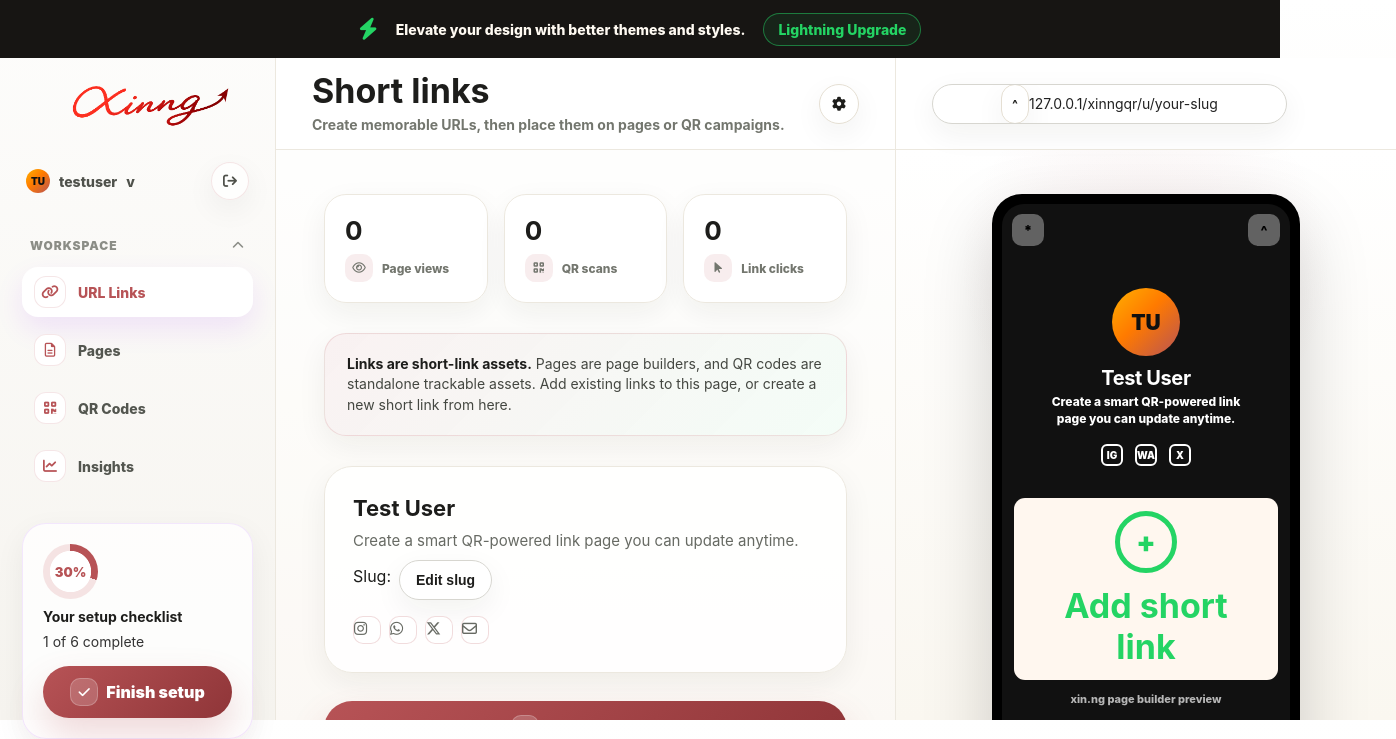
Repository: AyendiSimeon1/xinngqr
Page: http://localhost/xinngqr/dashboard.php
An editor plug-in stored every save of this project. The page is shown before and after the next save, followed by the edit.
The browser window is 1280 px wide. The page is 1396 px wide, so the pictures cover 1396 px, including what lies to the right of the window. The pictures show the whole page.
An inner scrolling area shows only its first screen. The page is run by PHP 8.4 with error messages shown; the project is at /var/www/html/. The session is filled in as if someone had signed in: {"user_id": 1, "user_name": "Test User"}. Other server files are loaded and not shown. Queries for data that is not in the repository find no rows.

Above is the page before, as saved 2026-06-20 06:30:50.

### dashboard.php
<?php
require_once __DIR__ . '/config.php';
session_start();

if (isset($_GET['action']) && $_GET['action'] === 'logout') {
    session_unset();
    session_destroy();
    header('Location: signin.php');
    exit;
}

if (empty($_SESSION['user_id'])) {
    header('Location: signin.php');
    exit;
}

$user_id = (int) $_SESSION['user_id'];
$user_name = $_SESSION['user_name'] ?? 'User';

function e($value): string {
    return htmlspecialchars((string) $value, ENT_QUOTES, 'UTF-8');
}

function public_base_url(): string {
    global $PUBLIC_URL;
    if (!empty($PUBLIC_URL)) {
        return (stripos($PUBLIC_URL, 'http') === 0) ? rtrim($PUBLIC_URL, '/') : 'http://' . rtrim($PUBLIC_URL, '/');
    }

    $scheme = (!empty($_SERVER['HTTPS']) && $_SERVER['HTTPS'] !== 'off') ? 'https' : 'http';
    return $scheme . '://' . ($_SERVER['HTTP_HOST'] ?? 'localhost');
}

function initials(string $name): string {
    $clean = preg_replace('/[^A-Za-z0-9 ]/', '', $name);
    $parts = array_values(array_filter(explode(' ', trim($clean))));
    if (count($parts) >= 2) {
        return strtoupper(substr($parts[0], 0, 1) . substr($parts[1], 0, 1));
    }

    return strtoupper(substr($clean ?: 'X', 0, 2));
}

function link_icon(string $type, string $title): string {
    $label = strtolower($type ?: $title);
    if (str_contains($label, 'whatsapp')) return 'WA';
    if (str_contains($label, 'instagram')) return 'IG';
    if ($label === 'x' || str_contains($label, 'twitter')) return 'X';
    if (str_contains($label, 'email')) return '@';
    if (str_contains($label, 'phone')) return 'TEL';
    if (str_contains($label, 'payment')) return 'PAY';
    return 'LINK';
}

$pages = [];
$activePage = null;
$dbError = false;
$pdo = get_db_connection();
$base = public_base_url();

if ($pdo) {
    $stmt = $pdo->prepare('SELECT id, slug, title, bio, profile_image_url, is_published FROM pages WHERE user_id = ? ORDER BY id ASC');
    $stmt->execute([$user_id]);
    $pages = $stmt->fetchAll();

    foreach ($pages as &$page) {
        $pid = (int) $page['id'];

        $stmt = $pdo->prepare('SELECT COUNT(*) FROM page_views WHERE page_id = ?');
        $stmt->execute([$pid]);
        $page['page_views'] = (int) $stmt->fetchColumn();

        $stmt = $pdo->prepare('SELECT COUNT(*) FROM qr_scans WHERE page_id = ?');
        $stmt->execute([$pid]);
        $page['qr_scans'] = (int) $stmt->fetchColumn();

        $stmt = $pdo->prepare('SELECT COUNT(*) FROM link_clicks WHERE page_id = ?');
        $stmt->execute([$pid]);
        $page['link_clicks'] = (int) $stmt->fetchColumn();

        $stmt = $pdo->prepare('SELECT id, title, url, description, link_type, position, is_active, click_count FROM links WHERE page_id = ? ORDER BY position ASC, id ASC LIMIT 50');
        $stmt->execute([$pid]);
        $page['links'] = $stmt->fetchAll();

        $stmt = $pdo->prepare('SELECT id, qr_image_url, destination_url, scan_count FROM qr_codes WHERE page_id = ? ORDER BY id ASC LIMIT 1');
        $stmt->execute([$pid]);
        $page['qr'] = $stmt->fetch() ?: null;
    }
    unset($page);

    $activePage = $pages[0] ?? null;
} else {
    $dbError = true;
}

$displayTitle = $activePage['title'] ?? $user_name;
$displayBio = $activePage['bio'] ?? 'Create a smart QR-powered link page you can update anytime.';
$displaySlug = $activePage['slug'] ?? strtolower(preg_replace('/[^a-z0-9]+/i', '', $user_name ?: 'user'));
$displayUrl = $activePage ? $base . '/u/' . $activePage['slug'] : $base . '/u/your-slug';
$qrUrl = $activePage ? $base . '/qr/' . $activePage['slug'] : $base . '/qr/your-slug';
$links = $activePage['links'] ?? [];
$totalViews = $activePage['page_views'] ?? 0;
$totalQr = $activePage['qr_scans'] ?? 0;
$totalClicks = $activePage['link_clicks'] ?? 0;
$completion = $activePage ? min(100, 45 + (count($links) * 10) + (!empty($activePage['bio']) ? 10 : 0) + (!empty($activePage['qr']) ? 15 : 0)) : 30;
?>
<!doctype html>
<html lang="en">
<head>
  <meta charset="utf-8">
  <meta name="viewport" content="width=device-width, initial-scale=1">
  <title>Links - <?= e($APP_NAME ?? 'xin.ng') ?></title>
  <link rel="stylesheet" href="https://cdnjs.cloudflare.com/ajax/libs/font-awesome/6.5.2/css/all.min.css">
  <link rel="stylesheet" href="assets/dashboard.css">
</head>
<body>
  <div class="upgrade-bar">
    <span class="spark"><i class="fa-solid fa-bolt"></i></span>
    <span>Elevate your design with better themes and styles.</span>
    <a class="upgrade-pill" href="#" aria-label="Upgrade account">Lightning Upgrade</a>
  </div>

  <div class="dashboard">
    <aside class="sidebar" aria-label="Dashboard navigation">
      <div class="brand-slot" aria-label="xin.ng brand">
        <img src="assets/logo.svg" alt="xin.ng logo">
      </div>

      <div class="account">
        <div class="account-main">
          <span class="avatar"><?= e(initials($user_name)) ?></span>
          <span><?= e($displaySlug ?: $user_name) ?></span>
          <span aria-hidden="true">v</span>
        </div>
        <a class="icon-btn" href="?action=logout" title="Logout" aria-label="Logout"><i class="fa-solid fa-arrow-right-from-bracket"></i></a>
      </div>

      <nav>
        <div class="nav-section">
          <div class="nav-heading"><span>Workspace</span><span><i class="fa-solid fa-chevron-up"></i></span></div>
          <a class="nav-item active" href="#"><span class="nav-icon"><i class="fa-solid fa-link"></i></span>URL Links</a>
          <a class="nav-item" href="#"><span class="nav-icon"><i class="fa-regular fa-file-lines"></i></span>Pages</a>
          <a class="nav-item" href="#"><span class="nav-icon"><i class="fa-solid fa-qrcode"></i></span>QR Codes</a>
          <a class="nav-item" href="#"><span class="nav-icon"><i class="fa-solid fa-chart-line"></i></span>Insights</a>
        </div>

      </nav>

      <div class="setup-card">
        <div class="progress-ring" style="--completion: <?= (int) $completion ?>%;"><?= (int) $completion ?>%</div>
        <strong>Your setup checklist</strong>
        <p><?= $activePage ? '4 of 6 complete' : '1 of 6 complete' ?></p>
        <a class="primary-btn" href="signup.php"><span class="label-icon"><i class="fa-solid fa-check"></i></span>Finish setup</a>
      </div>
    </aside>

    <main class="main">
      <header class="main-header">
        <div class="header-title">
          <h1>Short links</h1>
          <span>Create memorable URLs, then place them on pages or QR campaigns.</span>
        </div>
        <div class="header-actions">
          <!-- <a class="ghost-btn" href="#"><span class="label-icon"><i class="fa-solid fa-wand-magic-sparkles"></i></span>Enhance</a> -->
          <a class="icon-btn" href="#" aria-label="Settings"><i class="fa-solid fa-gear"></i></a>
        </div>
      </header>

      <div class="content">
        <div class="editor-column">
          <?php if ($dbError): ?>
            <div class="notice">Database connection is not available. The dashboard design is loaded, but live page data cannot be shown.</div>
          <?php endif; ?>

          <div class="stats-row" aria-label="Workspace analytics summary">
            <div class="stat-card"><strong><?= number_format((int) $totalViews) ?></strong><span class="stat-label"><span class="label-icon"><i class="fa-regular fa-eye"></i></span>Page views</span></div>
            <div class="stat-card"><strong><?= number_format((int) $totalQr) ?></strong><span class="stat-label"><span class="label-icon"><i class="fa-solid fa-qrcode"></i></span>QR scans</span></div>
            <div class="stat-card"><strong><?= number_format((int) $totalClicks) ?></strong><span class="stat-label"><span class="label-icon"><i class="fa-solid fa-arrow-pointer"></i></span>Link clicks</span></div>
          </div>

          <div class="model-note">
            <strong>Links are short-link assets.</strong> Pages are page builders, and QR codes are standalone trackable assets. Add existing links to this page, or create a new short link from here.
          </div>

          <div class="profile-strip">
            <div class="profile-copy">
              <strong><?= e($displayTitle) ?></strong>
              <span><?= e($displayBio) ?></span>
              <div style="margin-top:8px;display:flex;align-items:center;gap:8px">
                <div id="page-slug" data-page-id="<?= e($activePage['id'] ?? '') ?>">Slug: <strong id="page-slug-text"><?= e($activePage['slug'] ?? '') ?></strong></div>
                <button id="edit-slug-btn" class="ghost-btn" style="min-width:90px;">Edit slug</button>
              </div>
              <div class="social-row" aria-label="Social links">
                <span class="social-dot"><i class="fa-brands fa-instagram"></i></span>
                <span class="social-dot"><i class="fa-brands fa-whatsapp"></i></span>
                <span class="social-dot"><i class="fa-brands fa-x-twitter"></i></span>
                <span class="social-dot"><i class="fa-regular fa-envelope"></i></span>
              </div>
            </div>
          </div>

          <a class="primary-btn add-btn" href="#"><span class="label-icon"><i class="fa-solid fa-plus"></i></span>Add short link</a>

          <div class="secondary-row">
            <a class="ghost-btn" href="#"><span class="label-icon"><i class="fa-solid fa-layer-group"></i></span>Add collection</a>
            <a class="archive-link" href="#"><span class="label-icon"><i class="fa-solid fa-box-archive"></i></span>View archive <span aria-hidden="true">></span></a>
          </div>

          <?php if (empty($links)): ?>
            <div class="empty-state">
              <strong>No short links yet.</strong><br>
              Create a memorable short link for a campaign or destination, then add it to this page when needed.
            </div>
          <?php else: ?>
            <?php foreach ($links as $index => $link): ?>
              <?php
                $title = $link['title'] ?: 'Untitled link';
                $type = $link['link_type'] ?? 'url';
                $icon = link_icon($type, $title);
                $isSelected = $index === 1;
              ?>
              <article class="link-card<?= $isSelected ? ' selected' : '' ?>">
                <div class="drag" aria-hidden="true">::</div>
                <div>
                  <div class="link-title">
                    <?= e($title) ?>
                    <a class="tiny-edit" href="#" aria-label="Edit <?= e($title) ?>">edit</a>
                  </div>
                  <div class="link-url">
                    <span class="link-slug-text"><?= e($link['url']) ?></span>
                    <span class="link-url-actions">
                      <a class="tiny-edit" href="#" aria-label="Edit URL">edit</a>
                      <span class="slug-share-icon" title="Share"><i class="fa-solid fa-share-nodes"></i></span>
                    </span>
                  </div>
                  <div class="tool-row">
                    <span class="active-tool" title="<?= e($icon) ?>"><i class="fa-solid fa-link"></i></span>
                    <span title="Image"><i class="fa-regular fa-image"></i></span>
                    <span title="Pin"><i class="fa-solid fa-thumbtack"></i></span>
                    <span title="Animation"><i class="fa-solid fa-wand-magic-sparkles"></i></span>
                    <span title="Schedule"><i class="fa-regular fa-calendar"></i></span>
                    <span title="Lock"><i class="fa-solid fa-lock"></i></span>
                    <span title="Chart"><i class="fa-solid fa-chart-simple"></i></span>
                    <span class="click-count"><i class="fa-solid fa-arrow-pointer"></i><?= number_format((int) ($link['click_count'] ?? 0)) ?> clicks</span>
                  </div>
                </div>
                <div class="link-actions">
                  <span class="toggle<?= !empty($link['is_active']) ? ' on' : '' ?>" aria-label="<?= !empty($link['is_active']) ? 'Active' : 'Inactive' ?>"></span>
                  <span class="action-icon" title="Delete"><i class="fa-regular fa-trash-can"></i></span>
                </div>
                <?php if ($isSelected): ?>
                  <div class="suggestion">Looking for a more visual display? <a href="#">Connect your Instagram</a></div>
                <?php endif; ?>
              </article>
            <?php endforeach; ?>
          <?php endif; ?>
        </div>
      </div>
    </main>

    <aside class="preview" aria-label="Public page preview">
      <header class="preview-header">
        <div class="url-pill">
          <span class="label-icon"><a class="icon-btn" href="<?= e($displayUrl) ?>" target="_blank" rel="noopener" aria-label="Open public page">^</a></span>
          <?= e(str_replace(['http://', 'https://'], '', $displayUrl)) ?>



      </div>
        <!-- <div class="header-actions">

          <a class="icon-btn" href="#" aria-label="Preview settings">=</a>
        </div> -->
      </header>

      <div class="preview-body">
        <div class="phone">
          <div class="phone-screen">
            <div class="phone-top">
              <span class="phone-fab">*</span>
              <span class="phone-fab">^</span>
            </div>

            <div class="phone-avatar"><?= e(initials($displayTitle)) ?></div>
            <h2><?= e($displayTitle) ?></h2>
            <p><?= e($displayBio) ?></p>
            <div class="phone-socials">
              <span>IG</span>
              <span>WA</span>
              <span>X</span>
            </div>

            <?php if (empty($links)): ?>
              <a class="phone-link hero" href="#">
                <span class="hero-icon">+</span>
                <strong>Add short link</strong>
              </a>
            <?php else: ?>
              <?php foreach ($links as $index => $link): ?>
                <?php if (empty($link['is_active'])) continue; ?>
                <?php if ($index === 0): ?>
                  <a class="phone-link hero" href="#">
                    <span class="hero-icon"><?= e(substr(link_icon($link['link_type'] ?? '', $link['title'] ?? ''), 0, 2)) ?></span>
                    <strong><?= e($link['title']) ?></strong>
                    <span class="more">:</span>
                  </a>
                <?php else: ?>
                  <a class="phone-link" href="#">
                    <?= e($link['title']) ?>
                    <span class="more">:</span>
                  </a>
                <?php endif; ?>
              <?php endforeach; ?>
            <?php endif; ?>

            <div class="phone-brand">xin.ng page builder preview</div>
          </div>
        </div>
      </div>
    </aside>
  </div>
  <script>
    (function(){
      const csrf = '<?= e(csrf_token()) ?>';
      const editBtn = document.getElementById('edit-slug-btn');
      const slugText = document.getElementById('page-slug-text');
      const slugContainer = document.getElementById('page-slug');
      const urlPill = document.querySelector('.url-pill');
      if (!editBtn || !slugText || !slugContainer) return;
      editBtn.addEventListener('click', ()=>{
        const pageId = slugContainer.dataset.pageId;
        const current = slugText.textContent.trim();
        const input = document.createElement('input');
        input.type = 'text'; input.value = current; input.style.padding = '6px 10px'; input.style.borderRadius = '8px';
        const save = document.createElement('button'); save.textContent = 'Save'; save.className = 'ghost-btn'; save.style.minWidth='80px';
        const cancel = document.createElement('button'); cancel.textContent = 'Cancel'; cancel.className = 'ghost-btn'; cancel.style.minWidth='80px';
        slugContainer.innerHTML = 'Slug: '; slugContainer.appendChild(input); slugContainer.appendChild(save); slugContainer.appendChild(cancel);
        input.focus();
        cancel.addEventListener('click', ()=>{ slugContainer.innerHTML = 'Slug: <strong id="page-slug-text">'+current+'</strong>'; });
        save.addEventListener('click', ()=>{
          const newSlug = input.value.trim();
          if (!newSlug) return alert('Enter a slug');
          const form = new URLSearchParams(); form.append('page_id', pageId); form.append('slug', newSlug); form.append('csrf_token', csrf);
          save.disabled = true; save.textContent = 'Saving...';
          fetch('update_slug.php', { method: 'POST', body: form }).then(r=>r.json()).then(data=>{
            if (data.ok) {
              slugContainer.innerHTML = 'Slug: <strong id="page-slug-text">'+data.slug+'</strong>';
              if (urlPill) urlPill.textContent = urlPill.textContent.replace(/\/u\/[^\s]+$/, '/u/'+data.slug);
            } else {
              alert('Error: '+(data.error||'unknown'));
              save.disabled = false; save.textContent = 'Save';
            }
          }).catch(()=>{ alert('Network error'); save.disabled = false; save.textContent = 'Save'; });
        });
      });
    })();
  </script>
</body>
</html>

### config.php
<?php
// QR Link Manager Configuration
// Change these before uploading publicly.

$APP_NAME = "xin_ng";
$BRAND_TAGLINE = "Show your self!";

// Default admin password: changeMe123!
// Generate a new hash at: /admin.php?make_hash=YOUR_NEW_PASSWORD
$ADMIN_PASSWORD_HASH = '$2y$10$7uL.r0Qr52/V9OaMT03yXuVtCr4f1sW53orhjxiiHQxZw.7UqWpf.';

// Optional: set your final public URL here after upload, e.g. https://yourdomain.com/links/
// Leave blank to auto-detect current URL.
$PUBLIC_URL = "127.0.0.1/xinngqr/";

// QR code brand label shown under QR image.
$QR_LABEL = "xinng";

// -------------------------
// Database configuration
// Update `DB_USER` / `DB_PASS` for your environment (XAMPP default: root / empty)
if (!defined('DB_HOST')) define('DB_HOST', 'localhost');
if (!defined('DB_NAME')) define('DB_NAME', 'xin_ng');
if (!defined('DB_USER')) define('DB_USER', 'root');
if (!defined('DB_PASS')) define('DB_PASS', '');
if (!defined('DB_CHARSET')) define('DB_CHARSET', 'utf8mb4');

function get_db_connection(): ?PDO {
	static $pdo = null;
	if ($pdo instanceof PDO) return $pdo;
	$dsn = 'mysql:host='.DB_HOST.';dbname='.DB_NAME.';charset='.DB_CHARSET;
	$opts = [
		PDO::ATTR_ERRMODE => PDO::ERRMODE_EXCEPTION,
		PDO::ATTR_DEFAULT_FETCH_MODE => PDO::FETCH_ASSOC,
		PDO::ATTR_PERSISTENT => false,
	];
	try {
		$pdo = new PDO($dsn, DB_USER, DB_PASS, $opts);
		return $pdo;
	} catch (PDOException $e) {
		error_log('DB connection failed: '.$e->getMessage());
		return null;
	}
}
// -------------------------
// Slug helper
function slugify(string $s): ?string {
	$s = mb_strtolower($s, 'UTF-8');
	$s = preg_replace('/[^a-z0-9]+/u', '-', $s);
	$s = trim($s, '-');
	if ($s === '') return null;
	return $s;
}

// -------------------------
// CSRF helpers
function csrf_token(): string {
	if (session_status() !== PHP_SESSION_ACTIVE) session_start();
	if (empty($_SESSION['_csrf_token'])) {
		$_SESSION['_csrf_token'] = bin2hex(random_bytes(24));
	}
	return $_SESSION['_csrf_token'];
}

function verify_csrf_token(?string $token): bool {
	if (session_status() !== PHP_SESSION_ACTIVE) session_start();
	if (empty($token) || empty($_SESSION['_csrf_token'])) return false;
	return hash_equals($_SESSION['_csrf_token'], $token);
}
?>

Loaded but not shown: assets/logo.svg (1 lines, source omitted); assets/dashboard.css (910 lines, source omitted)

After the next save:
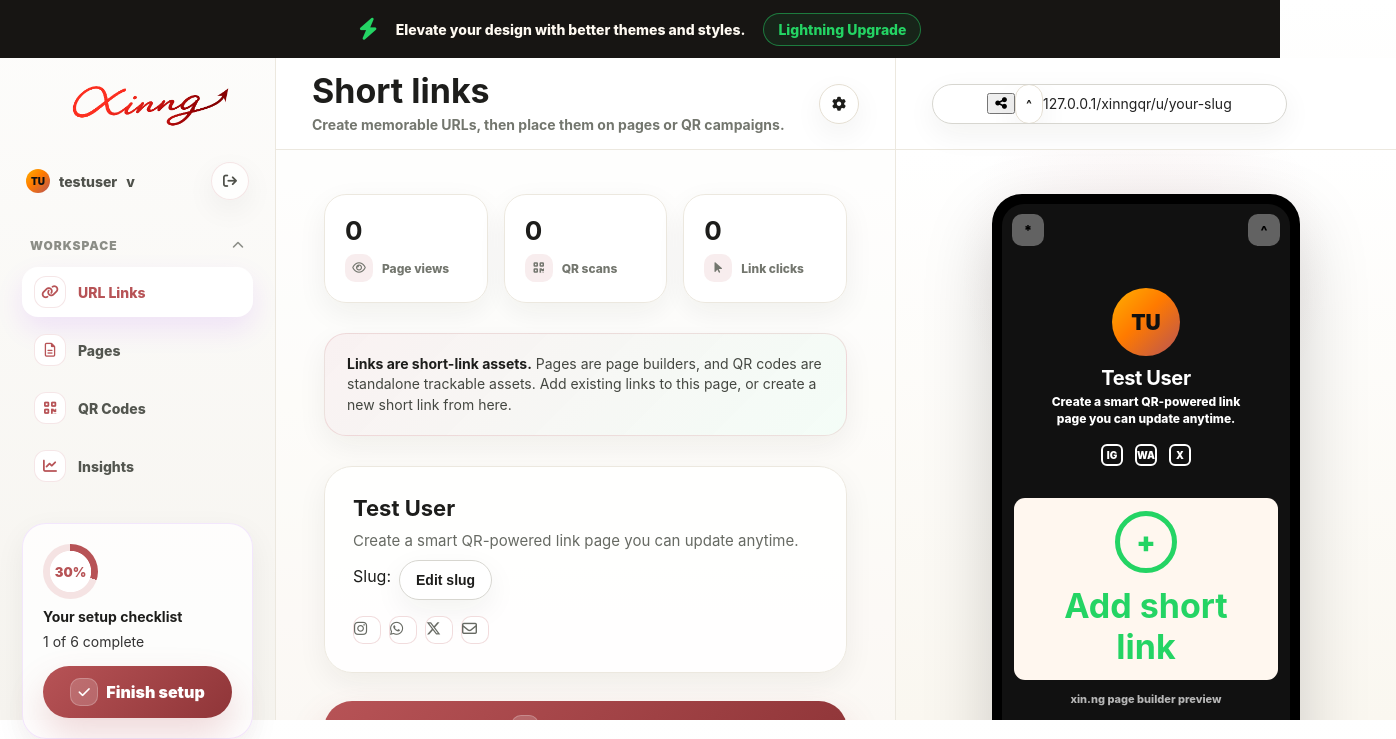
Saved 3 min 59 s later.
--- a/dashboard.php
+++ b/dashboard.php
@@ -261,12 +261,10 @@ $completion = $activePage ? min(100, 45 + (count($links) * 10) + (!empty($active
     <aside class="preview" aria-label="Public page preview">
       <header class="preview-header">
         <div class="url-pill">
+          <button class="pill-share" aria-label="Share page" title="Share page"><i class="fa-solid fa-share-nodes"></i></button>
           <span class="label-icon"><a class="icon-btn" href="<?= e($displayUrl) ?>" target="_blank" rel="noopener" aria-label="Open public page">^</a></span>
-          <?= e(str_replace(['http://', 'https://'], '', $displayUrl)) ?>
-
-
-
-      </div>
+          <span class="url-text"><?= e(str_replace(['http://', 'https://'], '', $displayUrl)) ?></span>
+        </div>
         <!-- <div class="header-actions">
 
           <a class="icon-btn" href="#" aria-label="Preview settings">=</a>
